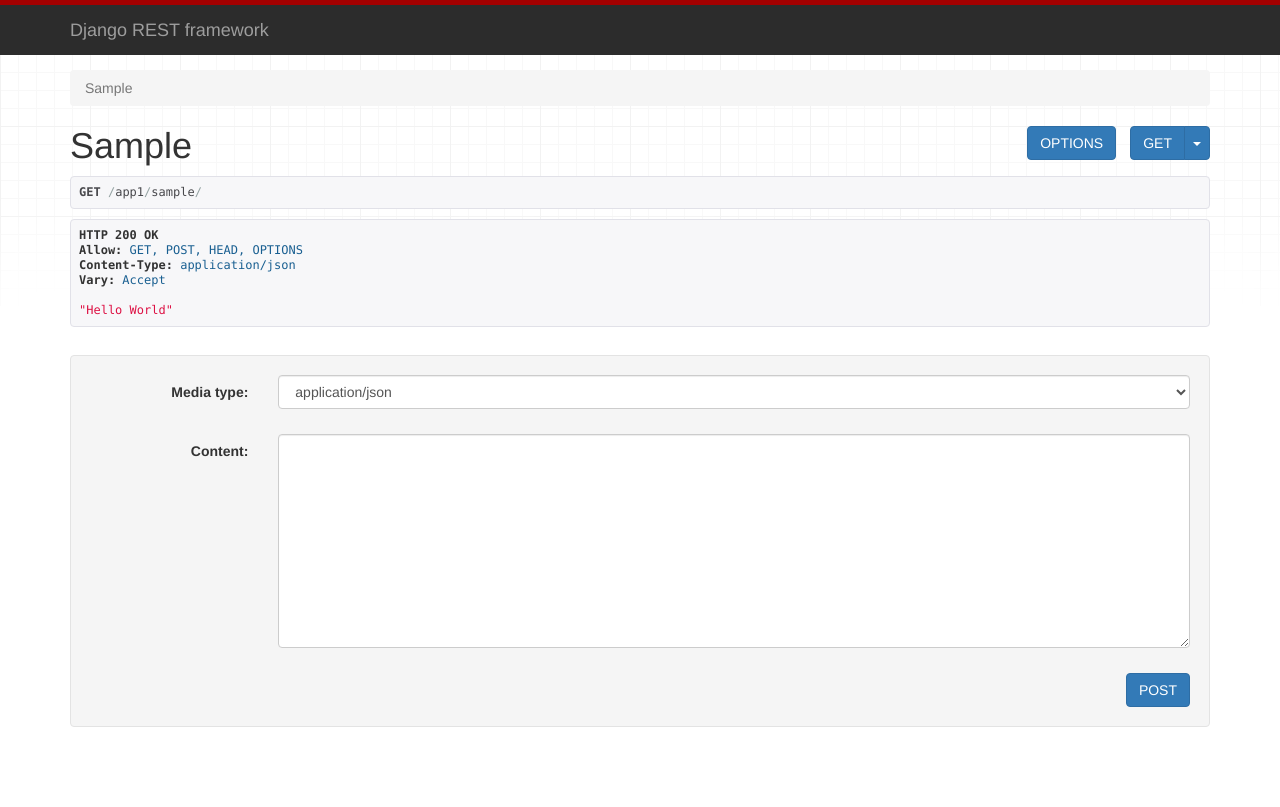
Repository: Raviteja6671/django_drf
Page: http://localhost/app1/sample/
The author's editor kept a copy of each file at every save. The page is drawn from the files as they stood at one save, then again after a run of saves.
The browser window is 1280 px wide. The pictures show the whole page.
Backgrounds fixed to the window are drawn as part of the page. The page is served by the project's application, run on Django 5.2 (drf/manage.py).

Above is the page before, as saved 2025-12-27 12:17:46.

After the next 2 saves:
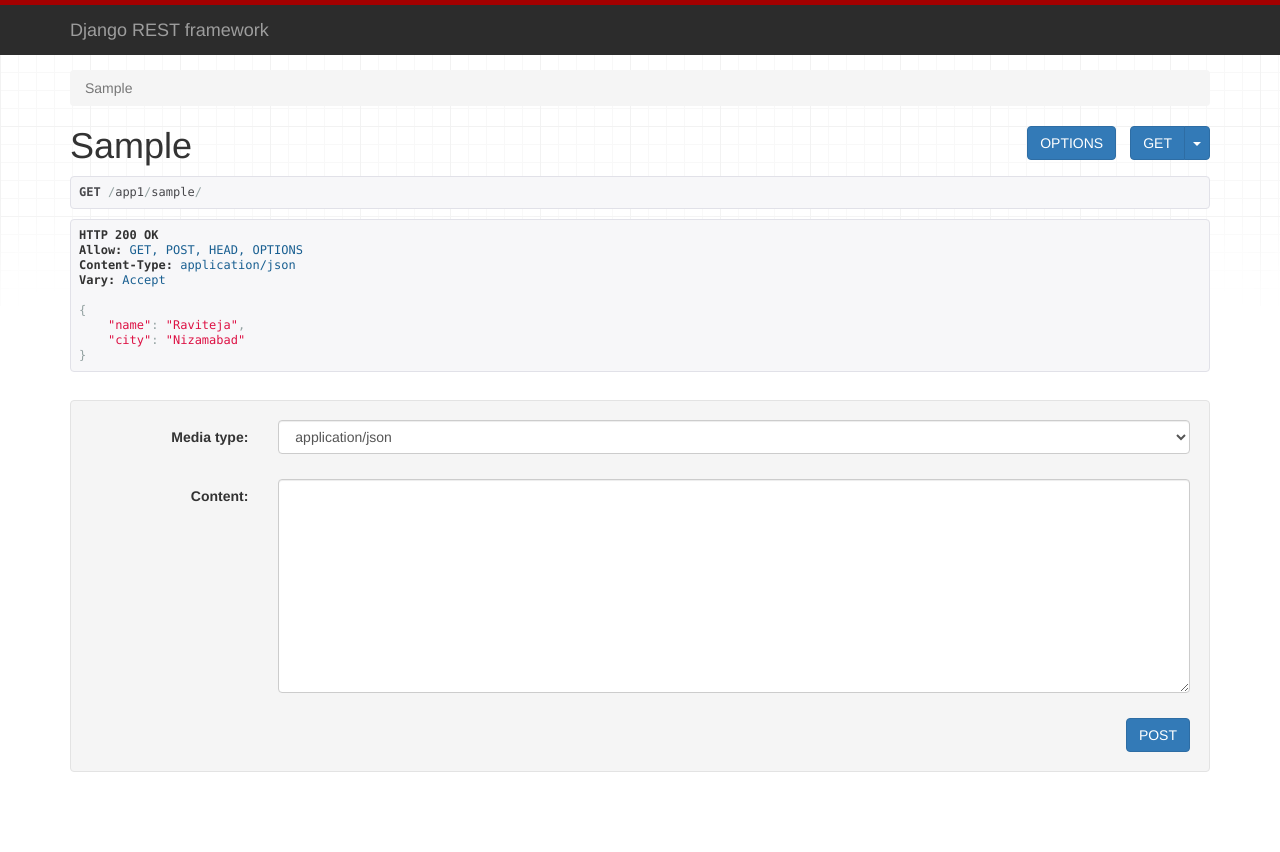
The 2 saves are shown as one change because they came seconds apart.
The last was saved 2 min 46 s later.
--- a/drf/app1/views.py
+++ b/drf/app1/views.py
@@ -11,8 +11,8 @@ from rest_framework.response import Response
 
 class sample(APIView):
     def get(self,request):
-        #info={"name":"Raviteja","city":"Nizamabad"}
-        info="Hello World"
+        info={"name":"Raviteja","city":"Nizamabad"}
+        #info="Hello World"
         return Response(info)
 
 
